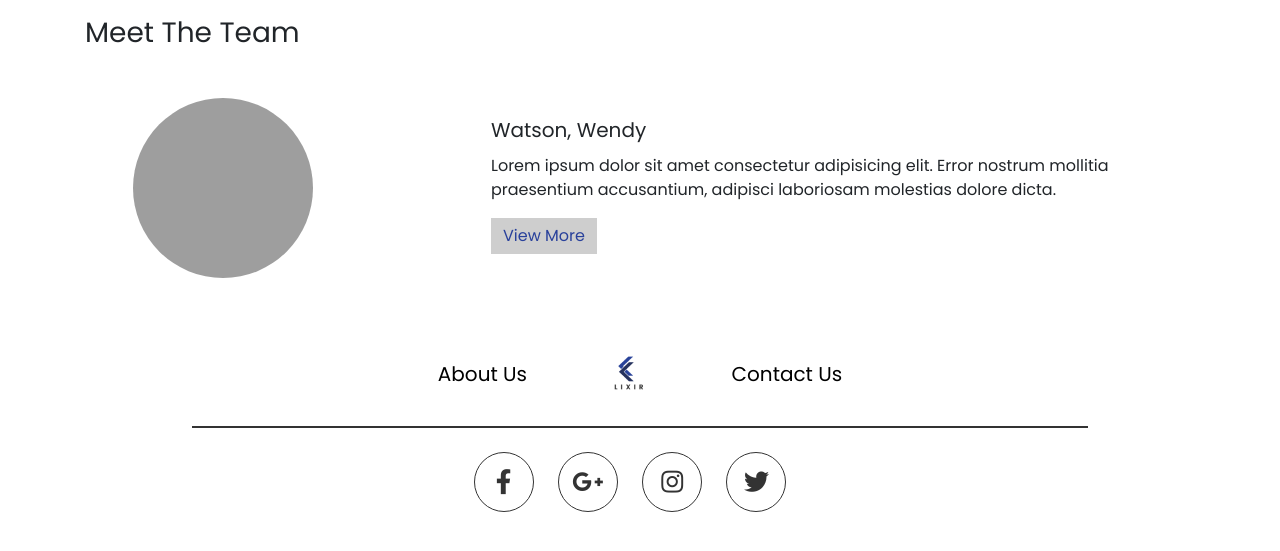
Repository: phiiileo/lit-page
Page: team-page.html
An editor plug-in stored every save of this project. The page is shown before and after a run of saves, followed by the edit.
The browser window is 1280 px wide. The pictures show the whole page.
Pictures or frames that could not be fetched are drawn as grey boxes. Some web libraries are served in a nearby version.

Above is the page before, as saved 2019-12-04 21:15:36.

After the next 5 saves:
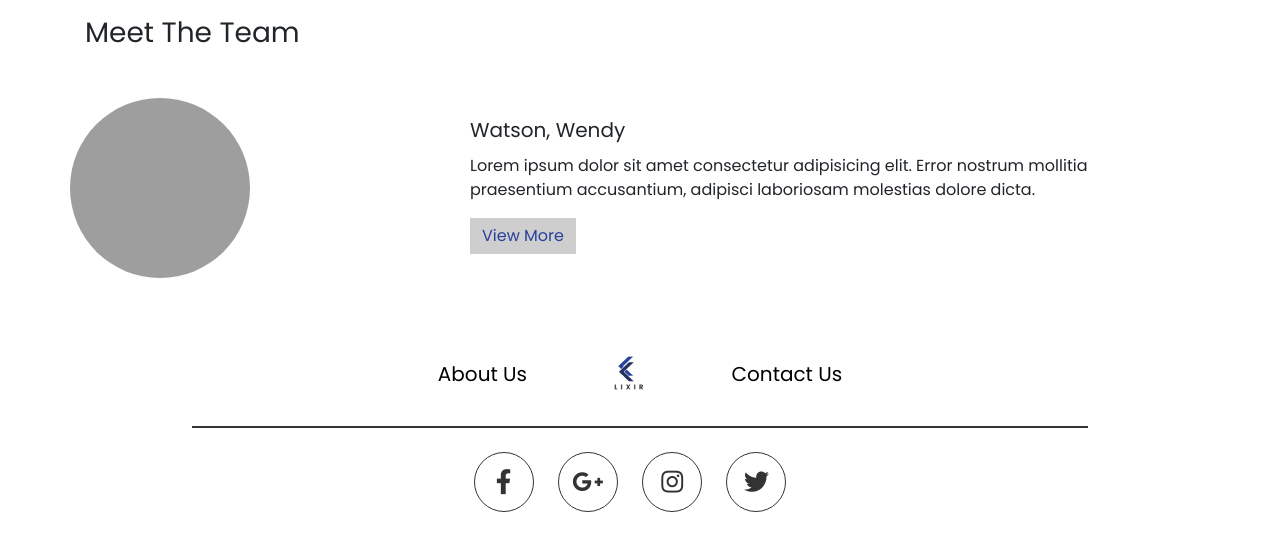
The 5 saves are shown as one change because they came seconds apart.
The last was saved 21 s later.
--- a/team-page.html
+++ b/team-page.html
@@ -25,7 +25,7 @@
 
 <div class="container">
     <p><h3>Meet The Team</h3></p>
-    <div class="row row-cols-1 row-cols-md-1 m-5">
+    <div class="row row-cols-1 row-cols-md-1 mt-5 mb-5">
         <div class="card">
             <div class="row no-gutters">
                 <div class="col-md-4">
